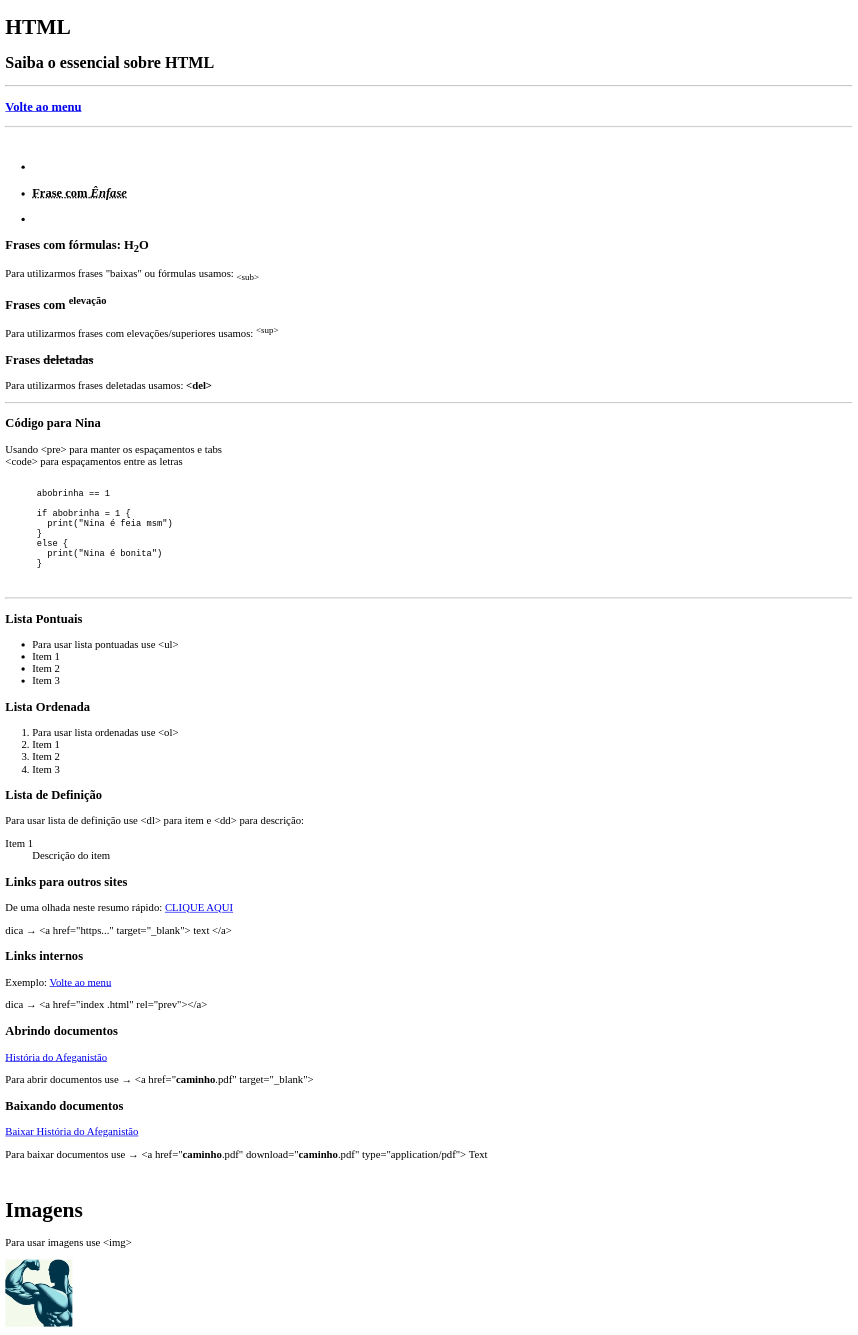
Repository: LuidyOn/Site_Forca_Total
Page: ForçaTotal/sobreHTML.html
The author's editor kept a copy of each file at every save. The page is drawn from the files as they stood at one save, then again after the next save.
The browser window is 1280 px wide. The pictures show the whole page, at 67% of full size.

Above is the page before, as saved 2025-05-15 20:08:45.

### ForçaTotal/sobreHTML.html
<!DOCTYPE html>
<html lang="pt-br">
<head>
  <meta charset="UTF-8">
  <meta name="viewport" content="width=device-width, initial-scale=1.0">
  <link rel="shortcut icon" href="img/icons/logo.ico" type="image/x-icon">
  <title>Testes Força total</title>
</head>
<body>
  <h1>HTML</h1>
  <h2>Saiba o essencial sobre HTML</h2>

  <hr>
  <h3><a href="index.html" rel="prev"> Volte ao menu</a></h3>
  <hr>

  <p><br></p>

  <ul><li></li></ul>

  <ul><li><h3> <abbr title="Para deixar uma frase com ênfase, usamos: <em> ">Frase com <em>Ênfase</em></h3> </abbr>
  </li></ul>

    <ul><li></li></ul>
<h3>Frases com fórmulas: H<sub>2</sub>O</h3>
  <p>Para utilizarmos frases "baixas" ou fórmulas usamos: <sub>&lt;sub&gt;</sub></p>

  <h3>Frases com <sup>elevação</sup></h3>
  <p>Para utilizarmos frases com elevações/superiores usamos: <sup>&lt;sup&gt;</sup></p>

  <h3>Frases <del>deletadas</del></h3>
  <p>Para utilizarmos frases deletadas usamos: <strong>&lt;del&gt;</strong></p>

  <hr>

  <h3>Código para Nina</h3>
  <p>Usando &lt;pre&gt; para manter os espaçamentos e tabs <br> &lt;code&gt; para espaçamentos entre as letras</p>

  <p></p>

  <pre>
    <code>
      abobrinha == 1

      if abobrinha = 1 {
        print("Nina é feia msm")
      }
      else {
        print("Nina é bonita")
      }
    </code>
  </pre>

  <hr>

  <h3>Lista Pontuais</h3>
  <ul>
    <li>Para usar lista pontuadas use &lt;ul&gt;</li>
    <li>Item 1</li>
    <li>Item 2</li>
    <li>Item 3</li>
  </ul>

  <h3>Lista Ordenada</h3>
  <ol>
    <li>Para usar lista ordenadas use &lt;ol&gt;</li>
    <li>Item 1</li>
    <li>Item 2</li>
    <li>Item 3</li>
  </ol>

  <h3>Lista de Definição</h3>
  <dl>
    <dt>Para usar lista de definição use &lt;dl&gt; para item e &lt;dd&gt para descrição:</dt>

    <p></p>
    <dt>
      Item 1
      <dd>Descrição do item</dd>
    </dl>

    <h3>Links para outros sites</h3>
    <p>De uma olhada neste resumo rápido: <a href="https://www.youtube.com/watch?v=dQw4w9WgXcQ" target="_blank" rel="External"> CLIQUE AQUI </a></p>
    <p>dica &rarr; &lt;a href="https..." target="_blank"&gt; text &lt;/a&gt;</p>

    <h3>Links internos</h3>

    <p>Exemplo: <a href="index.html" rel="prev"> Volte ao menu</a></p>
    <p>dica &rarr; &lt;a href="index .html" rel="prev"&gt;&lt;/a&gt;</p>

    <h3>Abrindo documentos</h3>
    <p><a href="Documentos/PDFs/GUERRA DO AFEGANISTÃO.pdf" target="_blank"> História do Afeganistão</a></p>

    <p>Para abrir documentos use &rarr; &lt;a href="<strong>caminho</strong>.pdf" target="_blank"&gt;</p>

    <h3>Baixando documentos</h3>
    <p><a href="Documentos/PDFs/GUERRA DO AFEGANISTÃO.pdf" target="_blank" download="Documentos/PDFs/GUERRA DO AFEGANISTÃO.pdf" type="application/pdf"> Baixar História do Afeganistão</a></p>

    <p>Para baixar documentos use &rarr; &lt;a href="<strong>caminho</strong>.pdf" download="<strong>caminho</strong>.pdf" type="application/pdf"&gt; Text</p>

  <p><br></p>

  <h1>Imagens</h1>
  <p>Para usar imagens use &lt;img&gt;</p>
  <img src="img/parteSerior.png" alt="parte superior" style="width: 100px; height: 100px;">
</body>
</html>

After the next save:
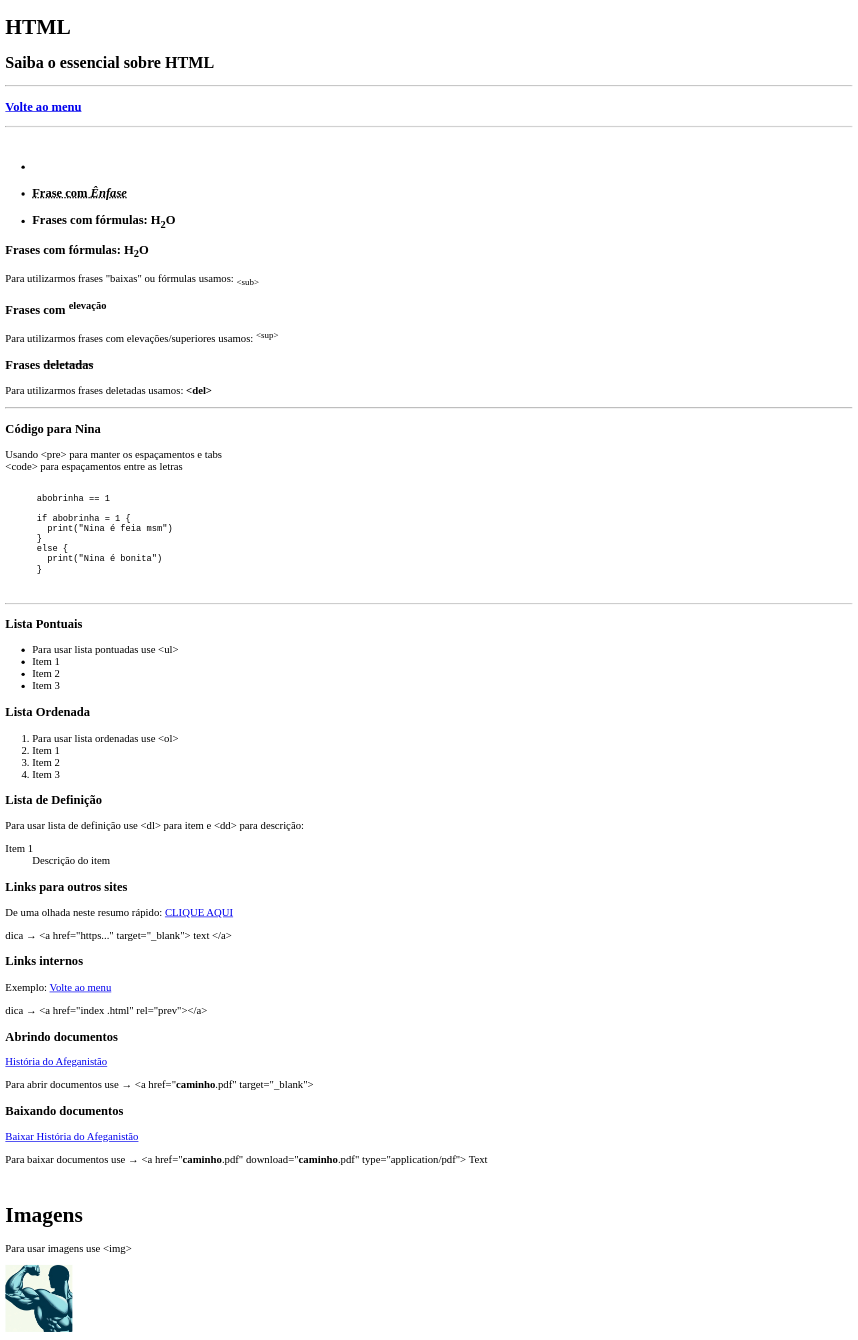
Saved 23 s later.
--- a/ForçaTotal/sobreHTML.html
+++ b/ForçaTotal/sobreHTML.html
@@ -21,7 +21,7 @@
   <ul><li><h3> <abbr title="Para deixar uma frase com ênfase, usamos: <em> ">Frase com <em>Ênfase</em></h3> </abbr>
   </li></ul>
 
-    <ul><li></li></ul>
+    <ul><li><h3>Frases com fórmulas: H<sub>2</sub>O</h3></li></ul>
 <h3>Frases com fórmulas: H<sub>2</sub>O</h3>
   <p>Para utilizarmos frases "baixas" ou fórmulas usamos: <sub>&lt;sub&gt;</sub></p>
 
